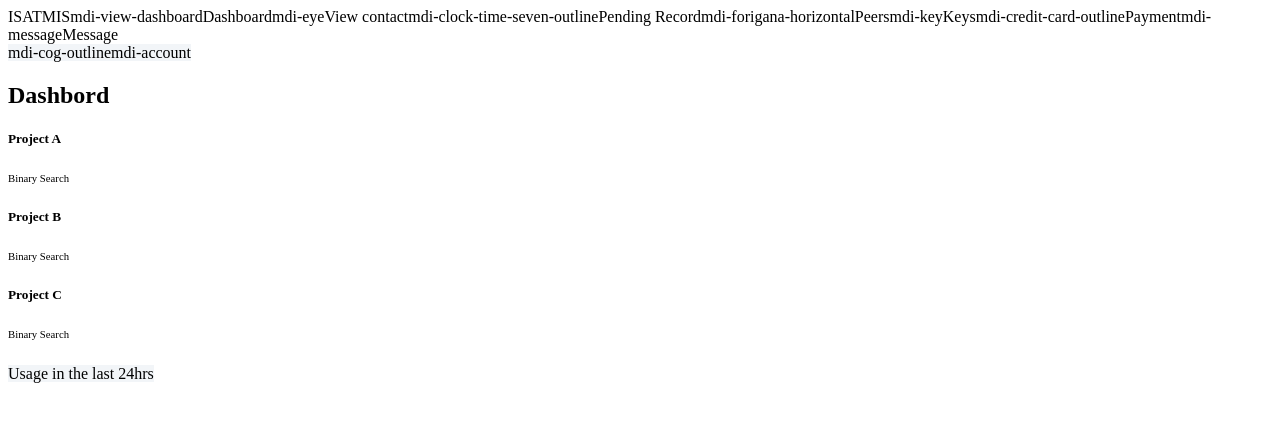
Repository: umarrg/isatmis
Page: /home
These files come from the project's save history. The page is drawn as it stood at one moment and after the next save; the edit follows.
The browser window is 1280 px wide. The pictures show the whole page.
The project was rebuilt for these pictures with package versions that can differ from the ones it lists, and the page was loaded fresh each time. Also part of the build but not shown: vue.config.js. Imported but missing from the stored project, and not drawn on this page: src/plugins/vuetify.

Above is the page before, as saved 2021-01-26 00:46:01.

### src/App.vue
<template>
  <v-app>
    <navbar v-if="$route.meta.showHeader == true"/>
    <v-main>
      <router-view></router-view>
    </v-main>
  </v-app>
</template>

<script>
import navbar from '../src/components/Navbar'
export default {
  name: 'App',

  components: {
   navbar
  },

  data: () => ({
    //
  }),
};
</script>

### src/router/index.js
import Vue from 'vue'
import VueRouter from 'vue-router'
import Home from '../views/Home.vue'

Vue.use(VueRouter)

const routes = [
  {
    path: '/home',
    name: 'Home',
    component: Home,
    meta: {
      showHeader: true,
    },
  },
  {
    path: '/education',
    name: 'Education',

    meta: {
      showHeader: true,
    },
    // route level code-splitting
    // this generates a separate chunk (about.[hash].js) for this route
    // which is lazy-loaded when the route is visited.
    component: () => import(/* webpackChunkName: "about" */ '../views/edu.vue')
  },
  {
    path: '/',
    name: 'Signin',

    meta: {
      showHeader: false,
    },
    // route level code-splitting
    // this generates a separate chunk (about.[hash].js) for this route
    // which is lazy-loaded when the route is visited.
    component: () => import(/* webpackChunkName: "about" */ '../views/signin.vue')
  },

  {
    path: '/land',
    name: 'Land',

    meta: {
      showHeader: true,
    },
    // route level code-splitting
    // this generates a separate chunk (about.[hash].js) for this route
    // which is lazy-loaded when the route is visited.
    component: () => import(/* webpackChunkName: "about" */ '../views/land.vue')
  },
  {
    path: '/view',
    name: 'view',

    meta: {
      showHeader: true,
    },
    // route level code-splitting
    // this generates a separate chunk (about.[hash].js) for this route
    // which is lazy-loaded when the route is visited.
    component: () => import(/* webpackChunkName: "about" */ '../views/view.vue')
  },
  {
    path: '/peers',
    name: 'peers',

    meta: {
      showHeader: true,
    },
    // route level code-splitting
    // this generates a separate chunk (about.[hash].js) for this route
    // which is lazy-loaded when the route is visited.
    component: () => import(/* webpackChunkName: "about" */ '../views/peers.vue')
  },
  {
    path: '/message',
    name: 'message',

    meta: {
      showHeader: true,
    },
    // route level code-splitting
    // this generates a separate chunk (about.[hash].js) for this route
    // which is lazy-loaded when the route is visited.
    component: () => import(/* webpackChunkName: "about" */ '../views/message.vue')
  },
  {
    path: '/medical',
    name: 'Medical',

    meta: {
      showHeader: true,
    },
    // route level code-splitting
    // this generates a separate chunk (about.[hash].js) for this route
    // which is lazy-loaded when the route is visited.
    component: () => import(/* webpackChunkName: "about" */ '../views/medical.vue')
  },
  {
    path: '/pending',
    name: 'pending',

    meta: {
      showHeader: true,
    },
    // route level code-splitting
    // this generates a separate chunk (about.[hash].js) for this route
    // which is lazy-loaded when the route is visited.
    component: () => import(/* webpackChunkName: "about" */ '../views/pending.vue')
  }

]

const router = new VueRouter({
  mode: 'history',
  base: process.env.BASE_URL,
  routes
})

export default router

### src/components/Navbar.vue
<template>
  <nav>
    <!-- <v-app-bar app flat color="white">
      <v-app-bar-nav-icon
        tile
        dark
        small
        @click="drawer = !drawer"
        class="black--text "
      ></v-app-bar-nav-icon>
      <v-spacer></v-spacer>
      <div>
        <v-menu offset-y>
          <template v-slot:activator="{ on, attrs }">
            <v-btn icon small class="mr-2" v-on="on" v-bind="attrs">
              <v-icon color="black">mdi-cog-outline</v-icon>
            </v-btn>
          </template>
        </v-menu>

        <v-btn to="/profile" v-rounded icon>
          <v-list-item-avatar color="black" class="ml-4">
            <v-img
              src="../assets/bi.png"
              size="30"
            ></v-img>
          </v-list-item-avatar>
        </v-btn>
      </div>
    </v-app-bar> -->
    <v-navigation-drawer v-model="drawer"  app color="">
      <v-layout column align-center>
        <v-flex class="mt-7 mb-8">
          <span class="text-h4 white--text font-weight-light">
            <span class="blue--text font-weight-black">I</span>
            <span class="blue--text font-weight-black">S</span>
            <span class="blue--text font-weight-black">A</span>
            <span class="blue--text font-weight-black">T</span>
            <span class="blue--text font-weight-black">M</span>
            <span class="blue--text font-weight-black">I</span>
            <span class="blue--text font-weight-black">S</span>
          </span>
        </v-flex>
      </v-layout>

      <v-list dense nav>
        <v-list-item
         class=""
          active-class=" blue--text border"
          v-for="link in links"
          :key="link.icon"
          :to="link.route"
        >
          <v-list-item-action>
            <v-icon>{{ link.icon }}</v-icon>
          </v-list-item-action>
          <v-list-item-content>
            <v-list-item-title class="font-weight-light">{{
              link.text
            }}</v-list-item-title>
          </v-list-item-content>
        </v-list-item>
      </v-list>

    </v-navigation-drawer>
  </nav>
</template>

<script>
export default {
  data: () => ({
    drawer: true,
    links: [
      { icon: "mdi-view-dashboard", text: "Dashboard", route: "/home" },
      { icon: "mdi-eye", text: "View contact", route: "/view" },
      {
        icon: "mdi-clock-time-seven-outline",
        text: "Pending Record",
        route: "/pending",
      },
      { icon: "mdi-forigana-horizontal", text: "Peers", route: "/peers" },
      { icon: "mdi-key", text: "Keys", route: "/keys" },
      { icon: "mdi-credit-card-outline", text: "Payment", route: "/payment" },
      { icon: "mdi-message", text: "Message", route: "/message" },
    ],

    offset: true,
  }),

};
</script>

<style>
.border {
  border-bottom: 4px solid #00b0f0
}

</style>

### src/views/Home.vue
<template>
  <v-app class="custom__bg">
    <v-container>
      <v-col cols="12">
        <v-row>
          <v-col cols="12" md="12" sm="8" class=" mt-3">
            <v-card>
              <v-row>
                <v-col cols="10">
                  <v-text-field
                    dense
                    hide-details
                    prepend-inner-icon="mdi-search"
                    rounded
                    elevation-4
                    placeholder="Search"
                  ></v-text-field>
                </v-col>
                <v-col cols="1" class="px-0">
                  <v-icon color="black">mdi-cog-outline</v-icon>
                </v-col>
                <v-col cols="1" class="px-0">
                  <v-icon>mdi-account</v-icon>
                </v-col>
              </v-row>
            </v-card>
          </v-col>
        </v-row>
        <v-col cols="12" class="mt-3">
          <div>
            <h2>Dashbord</h2>
          </div>
        </v-col>
        <v-col cols="12" class="py-0">
          <v-divider></v-divider>
        </v-col>

        <v-row>
          <v-col cols="12" md="4" sm="6">
            <v-alert border="bottom" colored-border color="teal" elevation="2">
              <h5>Project A</h5>
              <h6 class="custom__font">Binary Search</h6>
            </v-alert>
          </v-col>
          <v-col cols="12" md="4" sm="6">
            <v-alert border="bottom" colored-border color="blue" elevation="2">
              <h5>Project B</h5>
              <h6 class="custom__font">Binary Search</h6>
            </v-alert>
          </v-col>
          <v-col cols="12" md="4" sm="6">
            <v-alert border="bottom" colored-border color="red" elevation="2">
              <h5>Project C</h5>
              <h6 class="custom__font">Binary Search</h6>
            </v-alert>
          </v-col>
        </v-row>

        <v-col cols="12" lg="12" md="12" sm="12" class="pa-2 pt-0">
          <v-card outlined tile>
            <template>
              <div class="chart">
                <GChart
                  type="LineChart"
                  :data="chartData"
                  :options="chartOptions"
                />
              </div>
            </template>
            <v-card-text>
              <span class="text-center">
                Usage in the last 24hrs
              </span></v-card-text
            >
          </v-card>
        </v-col>
      </v-col>
    </v-container>
  </v-app>
</template>
<script>
export default {

  data: ()=>({
     chartData: [
      ['Time', 'Mins'],
      ['12am', 0],
      ['1am', 0],
      ['2am', 0],
      ['3am', 0],
      ['4am', 0],
      ['5am', 0],
      ['6am', 0],
      ['7am', 0],
      ['8am', 40],
      ['9am', 30],
      ['10am', 10],
      ['11am', 0],
      ['12pm', 0],
      ['1pm', 50],
      ['2pm', 30],
      ['3pm', 5],
      ['4pm', 10],
      ['5pm', 15],
      ['6pm', 20],
      ['7pm', 40],
      ['8pm', 45],
      ['9pm', 50],
      ['10pm', 55],
      ['11pm', 0],
    ],
    columnChartData: [
      ['Days', 'Times'],
      ['Monday', 45],
      ['Tuesday', 60],
      ['Wednesday', 30],
      ['Thursday', 30],
      ['Friday', 55],
      ['Saturday', 0],
      ['Sunday', 0],
    ],
    pieChartData: [
      ['Year', 'Usage'],
      ['2017', 20],
      ['2018', 20],
      ['2019', 35],
      ['2020', 25],
    ],
    chartOptions: {
      chart: {
        title: 'Company Performance',
        subtitle: 'Sales, Expenses, and Profit: 2017-2020',
      },
      labels: ['12am', '3am', '6am', '9am', '12pm', '3pm', '6pm', '9pm'],
      value: [200, 675, 410, 390, 310, 460, 250, 240],
    },
  }),

}

</script>
<style scoped>
.custom__bg {
  background: #f2f5f8;
}
.custom__font {
  font-weight: 500;
}
</style>

Loaded but not shown: public/index.html (common file); src/main.js (common file)

After the next save:
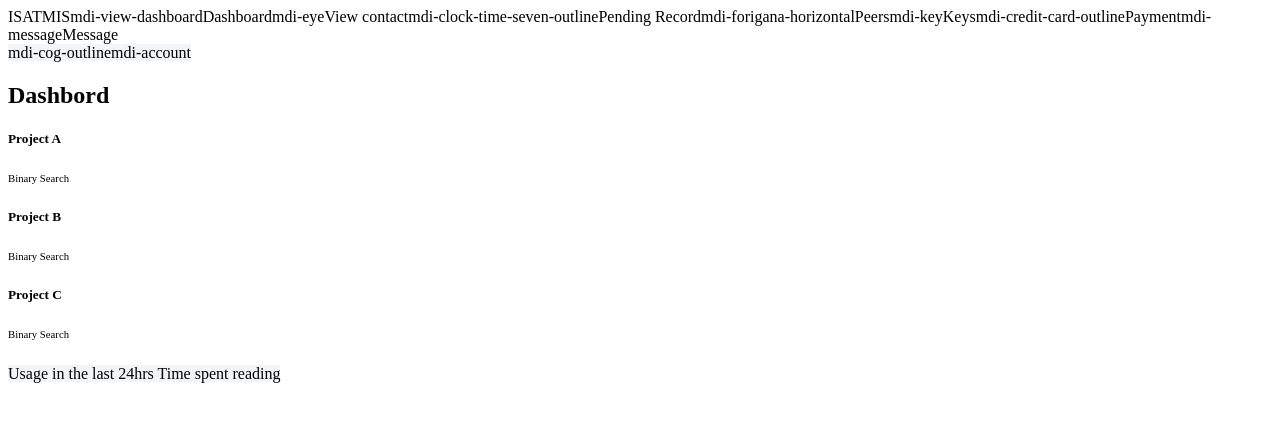
Saved 96 s later.
--- a/src/views/Home.vue
+++ b/src/views/Home.vue
@@ -74,6 +74,20 @@
             >
           </v-card>
         </v-col>
+            <v-col cols="12" lg="12" md="12" sm="12" class="pa-0 px-2">
+            <v-card outlined tile>
+              <GChart
+                type="ColumnChart"
+                :data="columnChartData"
+                :options="chartOptions"
+              />
+              <v-card-text>
+                <span class="text-center">
+                  Time spent reading
+                </span></v-card-text
+              >
+            </v-card>
+          </v-col>
       </v-col>
     </v-container>
   </v-app>
